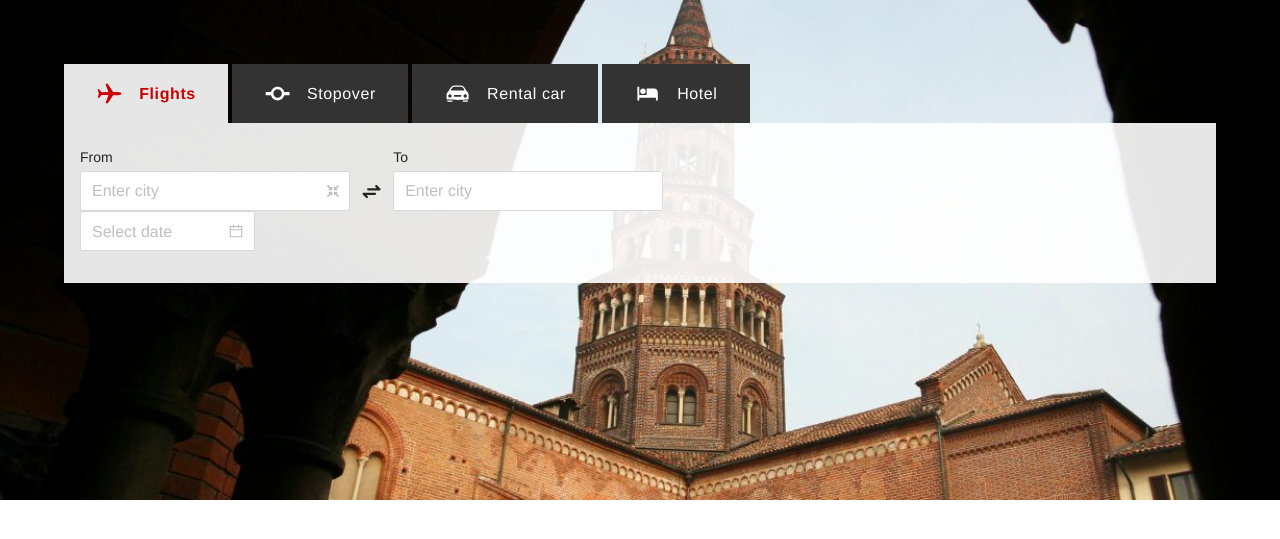
Repository: guidogr95/Everymundo-Excercise
Page: /
An editor plug-in stored every save of this project. The page is shown before and after the next save, followed by the edit.
The browser window is 1280 px wide. The pictures show the whole page.
The project was rebuilt for these pictures with package versions that can differ from the ones it lists, and the page was loaded fresh each time. Also part of the build but not shown: src/components/CustomSpin/customspin.scss.

Above is the page before, as saved 2021-07-01 17:19:23.

### src/App.jsx
// utils
import {
  QueryClient,
  QueryClientProvider,
} from 'react-query'
// styles
import 'antd/dist/antd.css';
import './app.scss';
// components
import BookingMask from 'src/components/BookingMask'

const queryClient = new QueryClient({
  defaultOptions: {
    queries: {
      refetchOnWindowFocus: false,
    },
  },
})

function App() {
  return (
    <QueryClientProvider client={queryClient}>
      <div className="App">
        <div className="flightmanager-container container" >
          <BookingMask />
        </div>
      </div>
    </QueryClientProvider>
  );
}

export default App;

### src/app.scss
@import 'styles/global';

.App {
  .container {
    width: $desktop-maxwidth;
    max-width: 100%;
  }
  .flightmanager-container {
    background: url('./assets/images/bg.jpg');
    background-size: cover;
    background-position: center;
    min-height: 500px;
    margin: auto;
    padding: 4rem;
  }
}

### src/components/BookingMask/index.jsx
import { useState } from 'react'
// styles
import './bookingmask.scss'
// assets
import { IoIosAirplane, IoMdGitCommit, IoIosCar, IoMdBed } from 'react-icons/io'
// components
import EmptyTab from './EmptyTab'
import FlightsTab from './FlightsTab'

const BookingMask = () => {
  const tabs = [
    {
      name: 'Flights',
      icon: <IoIosAirplane />,
      component: <FlightsTab />
    },
    {
      name: 'Stopover',
      icon: <IoMdGitCommit />,
      component: <EmptyTab />
    },
    {
      name: 'Rental car',
      icon: <IoIosCar />,
      component: <EmptyTab />
    },
    {
      name: 'Hotel',
      icon: <IoMdBed />,
      component: <EmptyTab />
    }
  ]

  const [activeTab, setActiveTab] = useState(tabs[0].name)
  const handleTab = name => setActiveTab(name)

  return (
    <section className="bookingmask" >
      <ul className="bookingmask__nav" >
        {tabs.map(tab =>
          <button
            className={activeTab === tab.name ? 'active' : ''}
            onClick={() => handleTab(tab.name)}
            key={tab.name}
          >
            {tab.icon}<span>{tab.name}</span>
          </button>
        )}
      </ul>
      <div className="bookingmask__tabs-wrapper" >
          {tabs.map(tab =>
            <div
              key={tab.name}
              className={`bookingmask__tab${activeTab === tab.name ? ' active' : ''}`}
            >
              {tab.component}
            </div>
          )}
      </div>
    </section>
  )
}

export default BookingMask

### src/styles/_global.scss
@import 'variables';
@import 'mixins';

html,
body {
  position: relative;
  padding: 0;
  margin: 0;
  font-family: $font-family;
  -webkit-text-size-adjust: 100%;
  -webkit-font-smoothing: auto;
  -moz-font-smoothing: auto;
  -moz-osx-font-smoothing: auto;
  --antd-wave-shadow-color: #c00;
}
* {
  box-sizing: border-box;
}
ul {
  margin: 0;
  padding: 0;
}
button {
  border: none;
  cursor: pointer;
}
.ant-select {
  min-width: 270px;
}
.ant-select:not(.ant-select-disabled):hover .ant-select-selector,
.ant-select-focused:not(.ant-select-disabled).ant-select:not(.ant-select-customize-input) .ant-select-selector {
  border-color: $color-red !important;
}
body::-moz-selection,
body::selection {
  color: $color-red !important;
  background: $color-red !important;
}

### src/styles/_variables.scss
// measurements
$desktop-maxwidth: 90rem;
// colors
$color-red: #c00;
$color-gray: #333333;
$color-white: #fff;
// fonts
// font-family
$font-family: SwissText,Helvetica,Arial,sans-serif,LufthansaMamSymbolText;
// font-weight
$font-weight-medium: 700;
$font-weight-small: 300;
// font-size
$font-size-normal: 1rem;
$font-size-large: 1.7rem;
// line height
$line-height-medium: 2.2rem;
// letter spacing
$letter-spacing-small: .6px;

// tab variables
// colors
$color-active-tab-bg: hsla(0,0%,100%,.9);
// padding
$padding-tab-link: 1rem 2rem;
$padding-tab-content: 3rem 1rem 2rem 1rem;
// margin
$margin-tab-link: 0 0 0 .25rem;

### src/styles/_mixins.scss
// MIXINS
@mixin breakpoint($point) {
  @media (max-width: $point) {
    @content;
  }
}

### src/components/BookingMask/bookingmask.scss
@import '/src/styles/variables';
.bookingmask {
  &__nav {
    list-style: none;
    button {
      &:not(:first-of-type) {
        margin: $margin-tab-link;
      }
      color: $color-white;
      background: $color-gray;
      padding: $padding-tab-link;
      display: inline-flex;
      align-items: center;
      font-size: $font-size-normal;
      font-weight: $font-weight-small;
      letter-spacing: $letter-spacing-small;
      &.active {
        color: $color-red;
        font-weight: $font-weight-medium;
        background-color: $color-active-tab-bg;
      }
      svg {
        margin-right: 1rem;
        font-size: $font-size-large;
      }
    }
  }
  &__tabs-wrapper {
    position: relative;
  }
  &__tab {
    position: absolute;
    top: 0;
    left: 0;
    right: 0;
    padding: $padding-tab-content;
    background-color: $color-active-tab-bg;
    display: none;
    &.active {
      display: block;
    }
  }
}

### src/components/BookingMask/EmptyTab/index.jsx
const EmptyTab = () => {
  return (
    <div>
      some more stuff
    </div>
  )
}

export default EmptyTab

### src/components/BookingMask/FlightsTab/index.jsx
import { useRef } from 'react'
// assets
import { CgArrowsExchange } from 'react-icons/cg'
import { FaCompressArrowsAlt } from 'react-icons/fa'
// components
import AirportInput from './AirportInput'
import DateInput from './DateInput'

import './flightstab.scss'

const FlightsTab = ({ name, activeTab }) => {

  const fromRef = useRef(null)
  const toRef = useRef(null)

  return (
    <div className="bookingmask__flight" >
      <div className="bookingmask__flight--geo" >
        <AirportInput
          ref={fromRef}
          label="From"
          placeholder="Enter city"
          id="fromInput"
          showArrow={true}
          suffixIcon={<FaCompressArrowsAlt/>}
          />
        <span className="separator" >
          <CgArrowsExchange/>
        </span>
        <AirportInput
          ref={toRef}
          label="To"
          placeholder="Enter city"
          id="toInput"
          showArrow={false}
        />
      </div>
      <div className="bookingmask__flight--date" >
        <DateInput/>
      </div>
    </div>
  )
}

export default FlightsTab

### src/components/BookingMask/FlightsTab/AirportInput/index.jsx
import { forwardRef, useCallback, useState, useMemo } from 'react'
// utils
import throttle from 'lodash/throttle'
import { Select } from 'antd'
// api
import { fetchAirports } from 'src/api/fetchers'
// components
import CustomSpin from 'src/components/CustomSpin'

import './airportinput.scss'

const { Option } = Select;

const AirportInput = forwardRef(({ placeholder, showArrow, suffixIcon, label, id }, ref) => {
  const [term, setTerm] = useState('')
  const [isLoading, setIsLoading] = useState(false)
  const [data, setData] = useState([])

  const throttledFetch = useMemo(
    () =>
      throttle(val => {
        fetchAirports(val)
        .then((res) => setData(res.data || []))
        .catch(() => setData([]))
        .finally(() => {
          setIsLoading(false)
        })
      }, 2000),
    []
  )
  const handleSelect = useCallback(
    val => {
      setIsLoading(true)
      const innerVal = val || ''
      setTerm(innerVal)
      // fetching api accepts a min of 3 letters for search
      if (innerVal.length <= 2) {
        setData([])
        setIsLoading(false)
      } else {
        throttledFetch(val)
      }
    },
    [throttledFetch]
  )

  return (
    <div className="airportinput__wrapper" >
      {label && <label htmlFor={id} >{label}</label>}
      <Select
        showSearch
        allowClear
        id={id}
        ref={ref}
        placeholder={placeholder || 'Enter city'}
        value={term || undefined}
        onSearch={handleSelect}
        onChange={(val) => setTerm(val)}
        onClear={handleSelect}
        size='large'
        showArrow={showArrow}
        suffixIcon={suffixIcon}
        optionLabelProp='value'
        defaultActiveFirstOption={false}
        dropdownClassName="airportinput__dropdown"
        filterOption={false}
        notFoundContent={isLoading ? <CustomSpin size="medium"/> : null}
      >
        {data.length > 0
          ? data.map(airport =>
            <Option key={airport.iata} value={`${airport.city} - ${airport.iata}`} >
              <span>{airport.name}</span>
              <span>{airport.iata}</span>
              <span>{airport.country.name}</span>
            </Option>)
          : null
        }
      </Select>
    </div>
  )
})

export default AirportInput

### src/components/BookingMask/FlightsTab/Dateinput/index.jsx
import { DatePicker } from 'antd'

const DateInput = ({ id, label }) => {
  return (
    <div className="dateinput__wrapper" >
      {label && <label htmlFor={id} >{label}</label>}
      <DatePicker
        size="large"
        id={id}
      />
    </div>
  )
}

export default DateInput

### src/components/BookingMask/FlightsTab/flightstab.scss
@import '/src/styles/variables';
.bookingmask__flight {
  &--geo {
    display: flex;
    .separator {
      display: flex;
      align-items: center;
      font-size: $font-size-large;
      padding: 0 .5rem;
    }
  }
}

### src/api/fetchers.js
// utils
import axios from 'axios'

const apiUrl = 'https://airportnames.vercel.app/api'

const fetchAirports = (term) => axios.post(`${apiUrl}/getAirports`, { term })

export {
  fetchAirports
}

### src/components/CustomSpin/index.jsx
import { Spin } from 'antd'
import { LoadingOutlined } from '@ant-design/icons'

import './customspin.scss'

const antIcon = <LoadingOutlined className="customspin" spin />

const CustomSpin = (props) => <Spin indicator={antIcon} {...props} />

export default CustomSpin

### src/components/BookingMask/FlightsTab/AirportInput/airportinput.scss
.airportinput__dropdown {
  .ant-select-item-empty {
    text-align: center;
  }
  .ant-select-item-option-content {
    display: flex;
    flex-direction: column;
    span:nth-of-type(2) {
      font-weight: bold;
    }
  }
}
.airportinput__wrapper {
  display: flex;
  flex-direction: column;
  position: relative;
  label {
    position: absolute;
    left: 0;
    bottom: calc(100% + .2rem);
  }
}

Loaded but not shown: public/index.html (common file); src/index.jsx (common file); src/reportWebVitals.js (common file)

After the next save:
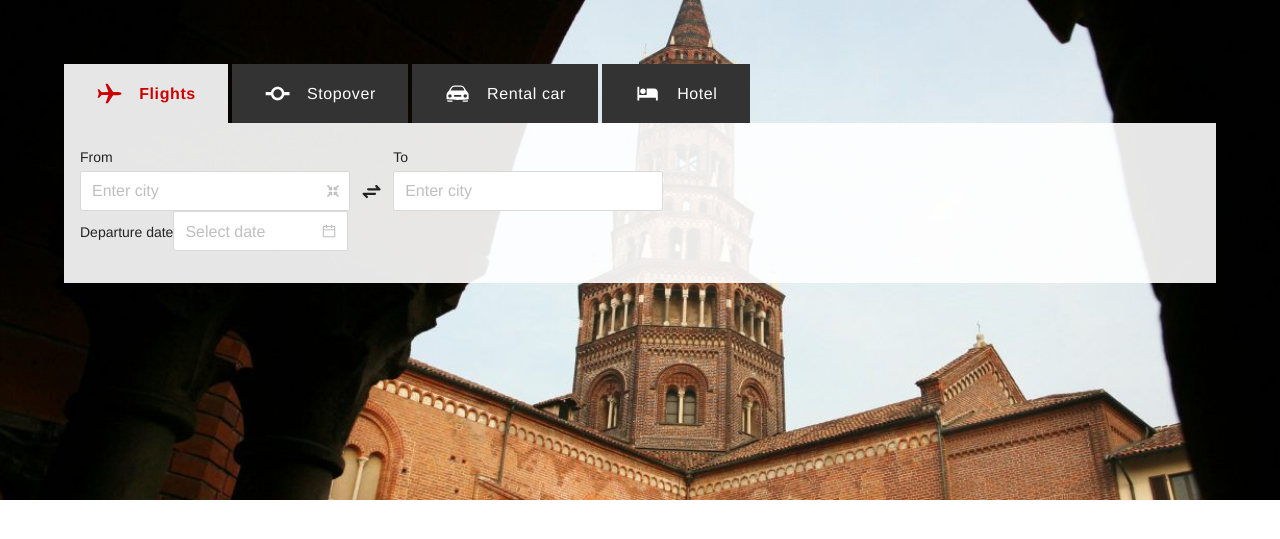
Saved 31 s later.
--- a/src/components/BookingMask/FlightsTab/index.jsx
+++ b/src/components/BookingMask/FlightsTab/index.jsx
@@ -36,7 +36,10 @@ const FlightsTab = ({ name, activeTab }) => {
         />
       </div>
       <div className="bookingmask__flight--date" >
-        <DateInput/>
+        <DateInput
+          label="Departure date"
+          id="depInput"
+        />
       </div>
     </div>
   )
